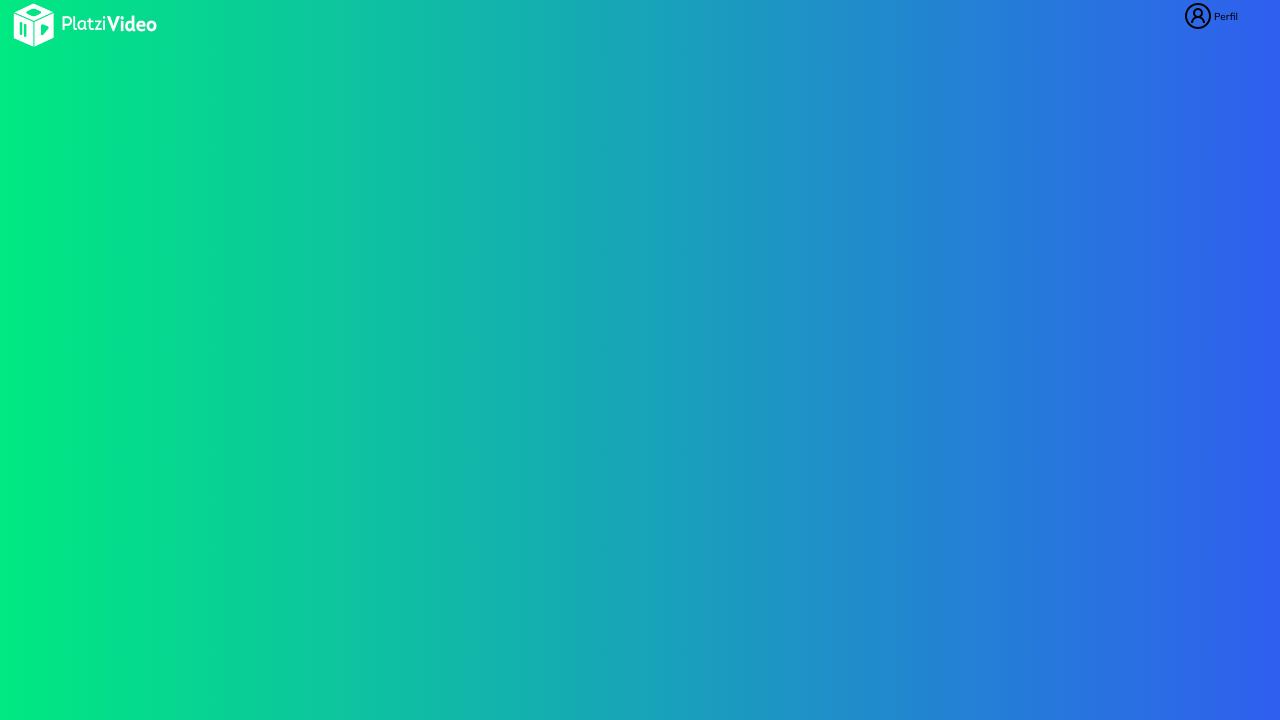
Repository: EnzoSz/Curso_frontend_dev
Page: proyecto/index.html
These files come from the project's save history. The page is drawn as it stood at one moment and after the next save; the edit follows.
The browser window is 1280 px wide. The pictures show the whole page.

Above is the page before, as saved 2021-03-01 12:38:11.

### proyecto/index.html
<!DOCTYPE html>
<html lang="en">
<head>
    <meta charset="UTF-8">
    <meta http-equiv="X-UA-Compatible" content="IE=edge">
    <meta name="viewport" content="width=device-width, initial-scale=1.0">
    <link rel="stylesheet" href="./CSS/style.css">
    <link rel="preconnect" href="https://fonts.gstatic.com">
    <link href="https://fonts.googleapis.com/css2?family=Mulish:wght@500&display=swap" rel="stylesheet">
    <title>Platzi Video</title>
</head>
<body>
    <header class="header">
        <img class="header__img" src="./Asset/icon/logo-platzi-video-header.png" alt="Imagen logo de platzi">
        <div class="header__menu">
            <div class="header__menu--profile">
                <img src="./Asset/icon/icons-usuario.png" alt="imagen de usuario">
                <p>Perfil</p>
            </div>
            <div>
                <ul>
                    <li><a href="">Cuenta</a></li>
                    <li><a href="">Cerrar Sesión</a></li>
                </ul>
            </div>
        </div>
    </header>
</body>
</html>

### proyecto/CSS/style.css
* {
    margin: 0;
    padding: 0;
    box-sizing: border-box;
}
html {
    font-size: 62.5%;
}
body {
    background-color: #00e981;
    background-image: linear-gradient(90deg, #00e981 0%, #2f5fef 100%);
    font-family: 'Mulish', sans-serif;
}
.header {
    width: 100%;
    height: 50px;
    background-color: #00e981;
    background-image: linear-gradient(90deg, #00e981 0%, #2f5fef 100%);
    display: flex;
    justify-content: space-between;
}
.header__img {
    width: 150px;
    margin: 0 0 0 10px;
    height: auto;
}
.header__menu {
    margin-right: 50px;
}
.header__menu ul {
    display: none;
    list-style: none;
    padding: 0;
    position: absolute;
    width: 100px;
    text-align: right;
}
.header__menu:hover ul, ul:hover {
    display: block;
}
.header__menu--profile li {
    margin: 10px 0px;
}
.header__menu--profile li a {
    color: white;
    text-decoration: none;
}
.header__menu--profile {
    margin-right: 8px;
    width: 40px;
    display: flex;
}
.header__menu--profile p {
    margin: auto;
}

After the next save:
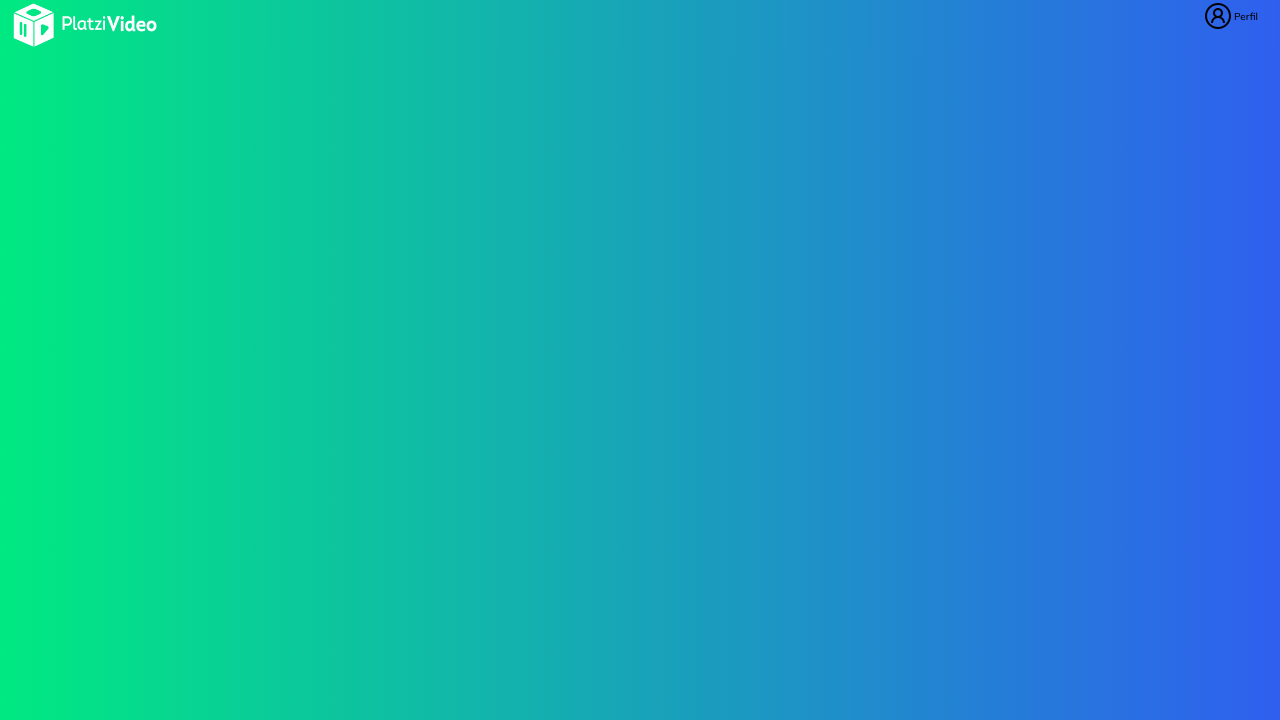
Saved 5 s later.
--- a/proyecto/CSS/style.css
+++ b/proyecto/CSS/style.css
@@ -25,7 +25,7 @@
     height: auto;
 }
 .header__menu {
-    margin-right: 50px;
+    margin-right: 30px;
 }
 .header__menu ul {
     display: none;
